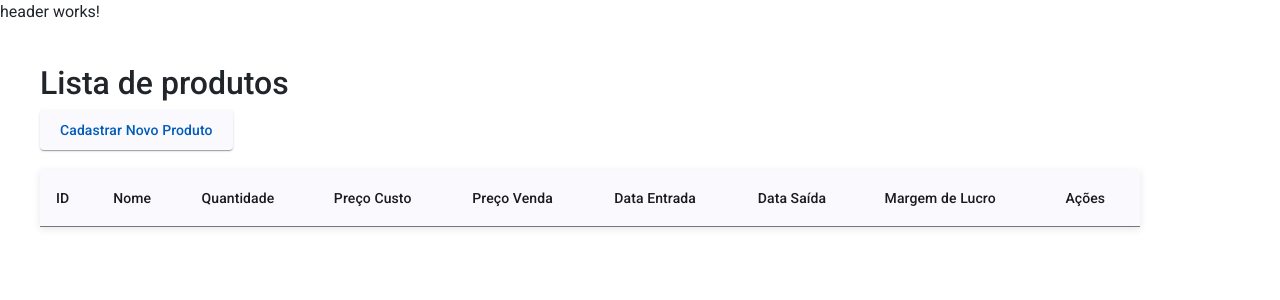
Repository: andreGattermeyer/Cadastro-Produtos-Angular
Page: /lista-produtos (app in frontend/cadastro-produtos/)
These files come from the project's save history. The page is drawn as it stood at one moment and after the next save; the edit follows.
The browser window is 1280 px wide. The pictures show the whole page.
The page's requests for data from a server got no answer. The project was rebuilt for these pictures with package versions that can differ from the ones it lists, and the page was loaded fresh each time. No one was signed in, and anything a server would have sent is missing. Also part of the build but not shown: frontend/cadastro-produtos/angular.json, frontend/cadastro-produtos/src/app/componentes/home/home.component.ts, frontend/cadastro-produtos/src/app/componentes/produtos/produtos.component.ts.

Above is the page before, as saved 2025-04-23 09:01:17.

### frontend/cadastro-produtos/src/index.html
<!doctype html>
<html lang="pt-br">
<head>
  <meta charset="utf-8">
  <title>CadastroProdutos</title>
  <base href="/">
  <meta name="viewport" content="width=device-width, initial-scale=1">
  <link rel="icon" type="image/x-icon" href="favicon.ico">
  <link href="https://fonts.googleapis.com/css2?family=Roboto:wght@300;400;500&display=swap" rel="stylesheet">
  <link href="https://fonts.googleapis.com/icon?family=Material+Icons" rel="stylesheet">
  <meta http-equiv="Content-Security-Policy" content="style-src 'self' 'unsafe-inline';">
</head>
<body class="mat-typography">
  <app-root></app-root>
</body>
</html>

### frontend/cadastro-produtos/src/app/app.component.ts
import { Component } from '@angular/core';
import { RouterOutlet } from '@angular/router';
import { HeaderComponent } from './componentes/header/header.component';


@Component({
  selector: 'app-root',

  imports: [
    RouterOutlet,
    HeaderComponent,

  ],
  templateUrl: './app.component.html',
  styleUrl: './app.component.css'
})
export class AppComponent {
  title = 'cadastro-produtos';
}

### frontend/cadastro-produtos/src/app/app.routes.ts
import { Routes } from '@angular/router';
import { ListaProdutosComponent } from './componentes/lista-produtos/lista-produtos.component';
import { HomeComponent } from './componentes/home/home.component';
import { ProdutosComponent } from './componentes/produtos/produtos.component';

export const routes: Routes = [
  { path: '', redirectTo: 'home', pathMatch: 'full' },  // Rota padrão
  { path: 'home', component: HomeComponent },
  { path: 'lista-produtos', component: ListaProdutosComponent },
  { path: 'produtos', component: ProdutosComponent},
  { path: '**', redirectTo: 'home' }  // Rota wildcard para páginas não encontradas
];

### frontend/cadastro-produtos/src/app/app.component.html
<div container>
  <app-header></app-header>
  <router-outlet></router-outlet>
</div>

### frontend/cadastro-produtos/src/app/componentes/header/header.component.ts
import { Component } from '@angular/core';
import {MatToolbarModule} from '@angular/material/toolbar';

@Component({
  selector: 'app-header',
  imports: [
    MatToolbarModule,
  ],
  templateUrl: './header.component.html',
  styleUrl: './header.component.css'
})
export class HeaderComponent {

}

### frontend/cadastro-produtos/src/app/componentes/lista-produtos/lista-produtos.component.ts
import { Component, OnInit } from '@angular/core';
import { CommonModule, DatePipe } from '@angular/common';
import { MatTableModule } from '@angular/material/table';
import { ProdutoService } from '../../produto.service';
import { Produto } from '../../Produto';
import { HttpClientModule } from '@angular/common/http';
import { RouterModule } from '@angular/router';
import { MatIconModule } from '@angular/material/icon';
import { MatButtonModule } from '@angular/material/button';

@Component({
  selector: 'app-lista-produtos',
  standalone: true,
  imports: [
    CommonModule,
    MatTableModule,
    HttpClientModule,
    RouterModule,
    MatIconModule,
    MatButtonModule
  ],
  providers: [ProdutoService, DatePipe],
  templateUrl: './lista-produtos.component.html',
  styleUrl: './lista-produtos.component.css'
})
export class ListaProdutosComponent implements OnInit {
  produtos: Produto[] = [];
  displayedColumns: string[] = ['id', 'nomeProduto', 'quantidade', 'precoCusto', 'precoVenda', 'dataEntrada', 'dataSaida', 'margemLucro', 'acoes'];

  constructor(
    private produtoService: ProdutoService,
    private datePipe: DatePipe
  ) {}

  ngOnInit() {
    this.carregarProdutos();
  }

  carregarProdutos() {
    this.produtoService.buscarTodosProdutos().subscribe(
      (data) => {
        this.produtos = data.map(produto => ({
          ...produto,
          dataEntrada: produto.dataEntrada ? new Date(produto.dataEntrada) : null,
          dataSaida: produto.dataSaida ? new Date(produto.dataSaida) : null
        }));
      },
      (error) => {
        console.error('Erro ao carregar produtos:', error);
      }
    );
  }

  calcularMargemLucro(produto: Produto): number {
    if (produto.precoCusto && produto.precoVenda) {
      return produto.precoVenda - produto.precoCusto;
    }
    return 0;
  }

  formatarData(data: any): string {
    if (!data) return '';

    try {
      // Convert string date to Date object if it's a string
      const dateObj = typeof data === 'string' ? new Date(data) : data;

      // Check if date is valid
      if (isNaN(dateObj.getTime())) {
        return '';
      }

      return this.datePipe.transform(dateObj, 'dd/MM/yyyy HH:mm:ss') || '';
    } catch (error) {
      console.error('Error formatting date:', error);
      return '';
    }
  }

  atualizarProduto(produto: Produto) {
    this.produtoService.atualizarProduto(produto.id, produto).subscribe(
      (response) => {
        console.log('Produto atualizado com sucesso!', response);
        this.carregarProdutos();
      },
      (error) => {
        console.error('Erro ao atualizar produto:', error);
        alert('Erro ao atualizar o produto. Por favor, tente novamente.');
      }
    );
  }

  reduzirQuantidade(produto: Produto) {
    const quantidade = prompt('Digite a quantidade a ser reduzida:');
    if (quantidade && !isNaN(Number(quantidade))) {
      this.produtoService.reduzirQuantidade(produto.id, Number(quantidade)).subscribe(
        (response) => {
          console.log('Quantidade reduzida com sucesso!', response);
          this.carregarProdutos();
        },
        (error) => {
          console.error('Erro ao reduzir quantidade:', error);
          alert('Erro ao reduzir a quantidade. Por favor, tente novamente.');
        }
      );
    }
  }
}

### frontend/cadastro-produtos/src/app/componentes/lista-produtos/lista-produtos.component.html
<div class="container">
  <h2>Lista de produtos</h2>
<div>
  <button mat-raised-button color="primary" [routerLink]="['/produtos']">
    Cadastrar Novo Produto
  </button>
</div>

  <table mat-table [dataSource]="produtos" class="mat-elevation-z8">

    <!-- ID Column -->
    <ng-container matColumnDef="id">
      <th mat-header-cell *matHeaderCellDef> ID </th>
      <td mat-cell *matCellDef="let produto"> {{produto.id}} </td>
    </ng-container>

    <!-- Nome Column -->
    <ng-container matColumnDef="nomeProduto">
      <th mat-header-cell *matHeaderCellDef> Nome </th>
      <td mat-cell *matCellDef="let produto"> {{produto.nomeProduto}} </td>
    </ng-container>

    <!-- Quantidade Column -->
    <ng-container matColumnDef="quantidade">
      <th mat-header-cell *matHeaderCellDef> Quantidade </th>
      <td mat-cell *matCellDef="let produto"> {{produto.quantidade}} </td>
    </ng-container>

    <!-- Preço Custo Column -->
    <ng-container matColumnDef="precoCusto">
      <th mat-header-cell *matHeaderCellDef> Preço Custo </th>
      <td mat-cell *matCellDef="let produto"> {{produto.precoCusto | currency:'BRL'}} </td>
    </ng-container>

    <!-- Preço Venda Column -->
    <ng-container matColumnDef="precoVenda">
      <th mat-header-cell *matHeaderCellDef> Preço Venda </th>
      <td mat-cell *matCellDef="let produto"> {{produto.precoVenda | currency:'BRL'}} </td>
    </ng-container>

    <!-- Lucro -->
    <ng-container matColumnDef="margemLucro">
      <th mat-header-cell *matHeaderCellDef> Margem de Lucro </th>
      <td mat-cell *matCellDef="let produto" class="margem-lucro">
        {{calcularMargemLucro(produto) | currency:'BRL'}}
      </td>
    </ng-container>

    <!-- Data Entrada Column -->
    <ng-container matColumnDef="dataEntrada">
      <th mat-header-cell *matHeaderCellDef> Data Entrada </th>
      <td mat-cell *matCellDef="let produto"> {{formatarData(produto.dataEntrada)}} </td>
    </ng-container>

    <!-- Data Saída Column -->
    <ng-container matColumnDef="dataSaida">
      <th mat-header-cell *matHeaderCellDef> Data Saída </th>
      <td mat-cell *matCellDef="let produto"> {{formatarData(produto.dataSaida)}} </td>
    </ng-container>

    <!-- Ações Column -->
    <ng-container matColumnDef="acoes">
      <th mat-header-cell *matHeaderCellDef> Ações </th>
      <td mat-cell *matCellDef="let produto">
        <button mat-icon-button color="primary" (click)="atualizarProduto(produto)" title="Atualizar produto">
          <mat-icon>edit</mat-icon>
        </button>
        <button mat-icon-button color="accent" (click)="reduzirQuantidade(produto)" title="Reduzir quantidade">
          <mat-icon>remove_circle</mat-icon>
        </button>
      </td>
    </ng-container>

    <tr mat-header-row *matHeaderRowDef="displayedColumns"></tr>
    <tr mat-row *matRowDef="let row; columns: displayedColumns;"></tr>
  </table>
</div>

### frontend/cadastro-produtos/src/app/componentes/lista-produtos/lista-produtos.component.css
.container {
  margin: 20px;
  padding: 20px;
}

table {
  width: 100%;
  margin-top: 20px;
}

th.mat-header-cell {
  background-color: #f5f5f5;
  color: #333;
  font-weight: bold;
  padding: 12px;
}

td.mat-cell {
  padding: 8px;
}

.mat-elevation-z8 {
  box-shadow: 0 2px 8px rgba(0,0,0,0.1);
}

  .product-list {
    list-style: none;
    padding: 0;
  }

  .product-item {
    margin-bottom: 10px;
  }

  .product-item a {
    text-decoration: none;
    color: #333;
    font-weight: bold;
  }

.header-container {
  display: flex;
  justify-content: space-between;
  align-items: center;
  margin-bottom: 20px;
}

button {
  background-color: #1976d2;
  color: white;
  padding: 10px 20px;
  border: none;
  border-radius: 4px;
  cursor: pointer;
}

button:hover {
  background-color: #1565c0;
}

.header-container {
  display: flex;
  justify-content: space-between;
  align-items: center;
  margin-bottom: 20px;
}

button {
  background-color: #1976d2;
  color: white;
  padding: 10px 20px;
  border: none;
  border-radius: 4px;
  cursor: pointer;
}

button:hover {
  background-color: #1565c0;
}

.margem-lucro {
  background-color: #FFF !important; /* Verde */
  color: #4CAF50 !important;
  padding: 8px !important;
}

### frontend/cadastro-produtos/src/app/produto.service.ts
import { Injectable } from '@angular/core';
import { HttpClient } from '@angular/common/http';
import { Observable } from 'rxjs';
import { provideHttpClient } from '@angular/common/http';

@Injectable({
  providedIn: 'root',
})
export class ProdutoService {
  private apiUrl = 'http://localhost:8080/api/produtos';

  constructor(private http: HttpClient) {}

  // POST: Gravar produto
  salvarProduto(produto: any): Observable<any> {
    return this.http.post(`${this.apiUrl}/gravar-produto`, produto);
  }

  // GET: Listar todos os produtos
  buscarTodosProdutos(): Observable<any[]> {
    return this.http.get<any[]>(`${this.apiUrl}/listar-produtos`);
  }

  // GET: Buscar produto por ID
  buscarProdutoPorId(id: number): Observable<any> {
    return this.http.get(`${this.apiUrl}/${id}`);
  }

  // PUT: Atualizar produto
  atualizarProduto(id: number, produto: any): Observable<any> {
    return this.http.put(`${this.apiUrl}/${id}`, produto);
  }

  // PUT: Reduzir quantidade
  reduzirQuantidade(id: number, quantidade: number): Observable<any> {
    return this.http.put(`${this.apiUrl}/${id}/reduzir-quantidade`, null, {
      params: { quantidade: quantidade.toString() },
    });
  }

  // PUT: Registrar saída
  registrarSaidaProduto(id: number, quantidade: number): Observable<any> {
    return this.http.put(`${this.apiUrl}/${id}/registrar-saida`, null, {
      params: { quantidade: quantidade.toString() },
    });
  }

  // GET: Calcular margem de lucro
  calcularMargemLucro(id: number): Observable<any> {
    return this.http.get(`${this.apiUrl}/${id}/margem-lucro`);
  }
}

Loaded but not shown: frontend/cadastro-produtos/src/styles.css (common file); frontend/cadastro-produtos/src/main.ts (common file); frontend/cadastro-produtos/src/app/app.config.ts (common file); frontend/cadastro-produtos/src/app/componentes/header/header.component.html (common file); frontend/cadastro-produtos/src/app/app.component.css (no copy from this time; the picture is the same without it); frontend/cadastro-produtos/src/app/componentes/header/header.component.css (no stored copy; drawn as an empty file)

After the next save:
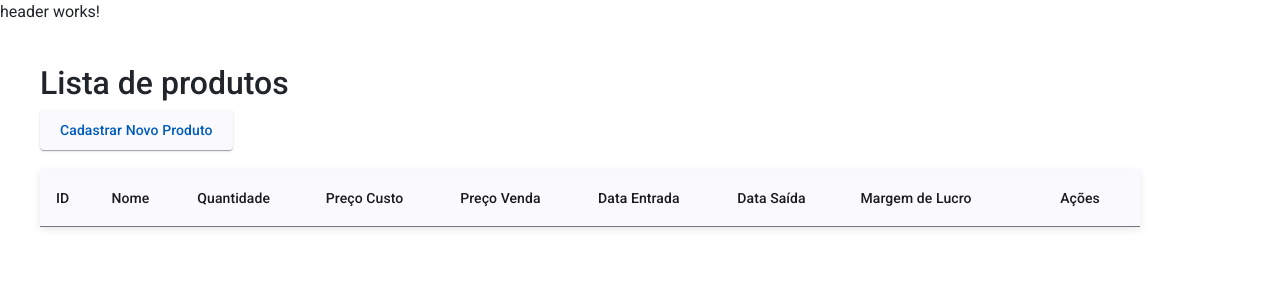
Saved 12 s later.
--- a/frontend/cadastro-produtos/src/app/componentes/lista-produtos/lista-produtos.component.css
+++ b/frontend/cadastro-produtos/src/app/componentes/lista-produtos/lista-produtos.component.css
@@ -83,3 +83,12 @@ button:hover {
   color: #4CAF50 !important;
   padding: 8px !important;
 }
+
+.mat-column-acoes {
+  width: 120px;
+  text-align: center;
+}
+
+.mat-icon-button {
+  margin: 0 4px;
+}
